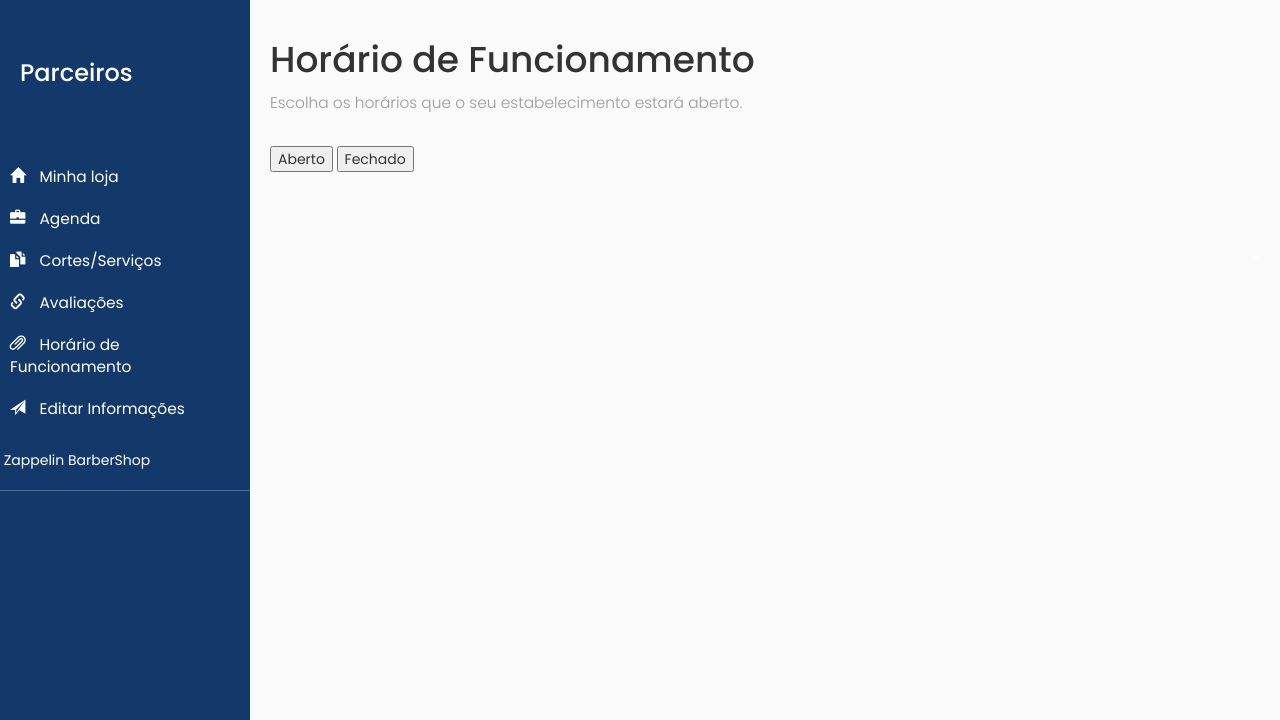
Repository: aquilesascar/barberconnect
Page: http://localhost/horario.php
The author's editor kept a copy of each file at every save. The page is drawn from the files as they stood at one save, then again after the next save.
The browser window is 1280 px wide. The pictures show the whole page.
The page is run by PHP 8.4 with error messages shown; the project is at /var/www/html/.

Above is the page before, as saved 2023-10-09 13:50:06.

After the next save:
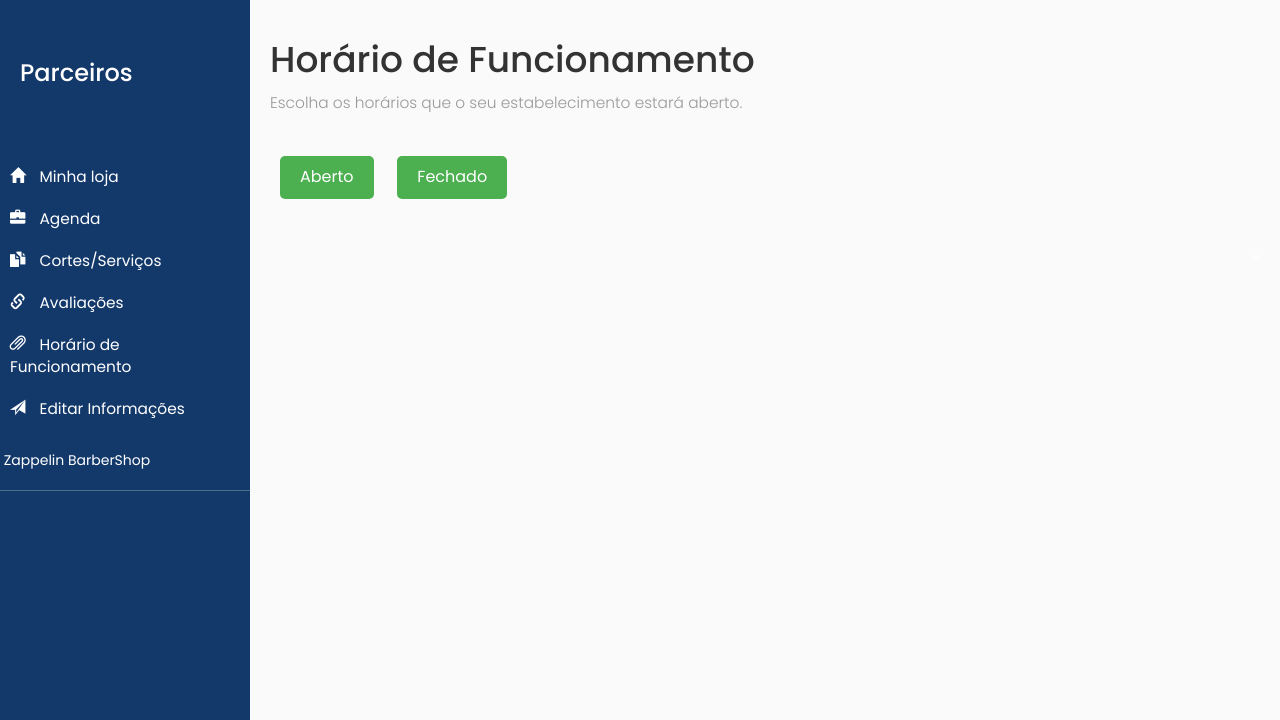
Saved 47 s later.
--- a/horario.php
+++ b/horario.php
@@ -34,7 +34,26 @@
 
             <button id="botao2" onclick="selecionarBotao(2)">Fechado</button>
 
+            <style>
+                #botao1, #botao2 {
+    background-color: #4CAF50; /* Cor de fundo verde */
+    border: none; /* Remove a borda */
+    color: white; /* Cor do texto branco */
+    padding: 10px 20px; /* Espaçamento interno do botão */
+    text-align: center; /* Alinhamento do texto ao centro */
+    text-decoration: none; /* Remove sublinhado do texto */
+    display: inline-block; /* Faz com que os botões fiquem na mesma linha */
+    font-size: 16px; /* Tamanho da fonte */
+    margin: 10px; /* Espaçamento externo do botão */
+    cursor: pointer; /* Muda o cursor para uma mão quando hover */
+    border-radius: 5px; /* Borda arredondada */
+}
 
+#botao1:hover, #botao2:hover {
+    background-color: #45a049; /* Cor de fundo verde mais escura no hover */
+}
+
+            </style>
 
         </div>
     </div>

After the save that followed:
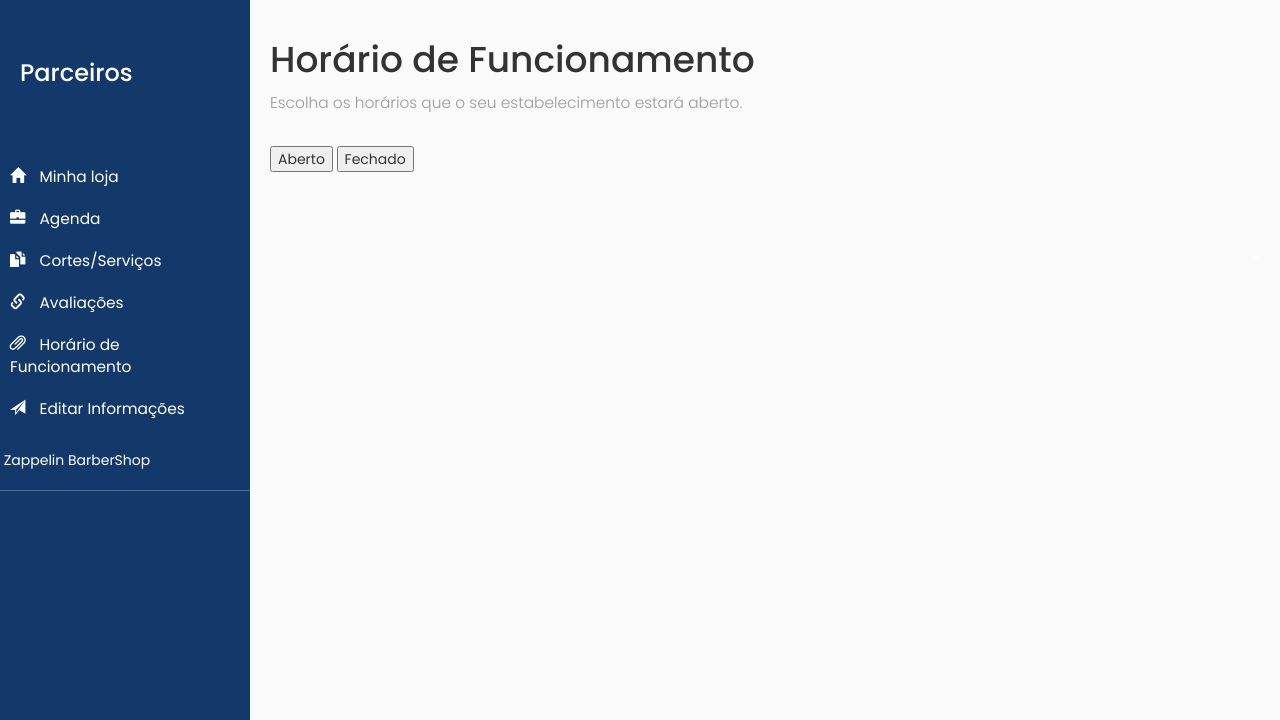
Saved 4 s later.
--- a/horario.php
+++ b/horario.php
@@ -34,26 +34,7 @@
 
             <button id="botao2" onclick="selecionarBotao(2)">Fechado</button>
 
-            <style>
-                #botao1, #botao2 {
-    background-color: #4CAF50; /* Cor de fundo verde */
-    border: none; /* Remove a borda */
-    color: white; /* Cor do texto branco */
-    padding: 10px 20px; /* Espaçamento interno do botão */
-    text-align: center; /* Alinhamento do texto ao centro */
-    text-decoration: none; /* Remove sublinhado do texto */
-    display: inline-block; /* Faz com que os botões fiquem na mesma linha */
-    font-size: 16px; /* Tamanho da fonte */
-    margin: 10px; /* Espaçamento externo do botão */
-    cursor: pointer; /* Muda o cursor para uma mão quando hover */
-    border-radius: 5px; /* Borda arredondada */
-}
 
-#botao1:hover, #botao2:hover {
-    background-color: #45a049; /* Cor de fundo verde mais escura no hover */
-}
-
-            </style>
 
         </div>
     </div>
